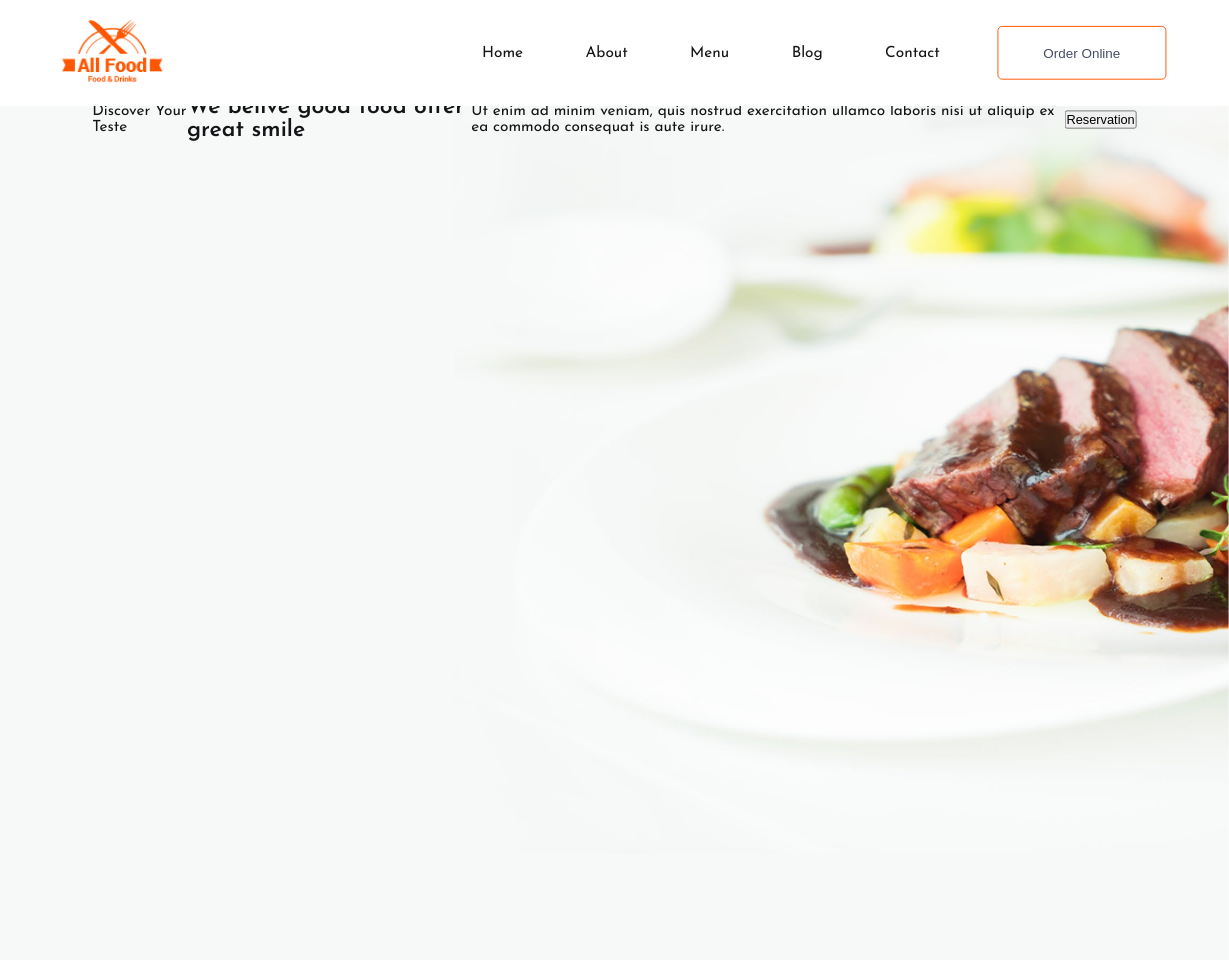
Repository: Ebtehal18/food
Page: index.html
An editor plug-in stored every save of this project. The page is shown before and after the next save, followed by the edit.
The browser window is 1280 px wide. The pictures show the whole page, at 96% of full size.

Above is the page before, as saved 2024-01-16 20:26:41.

After the next save:
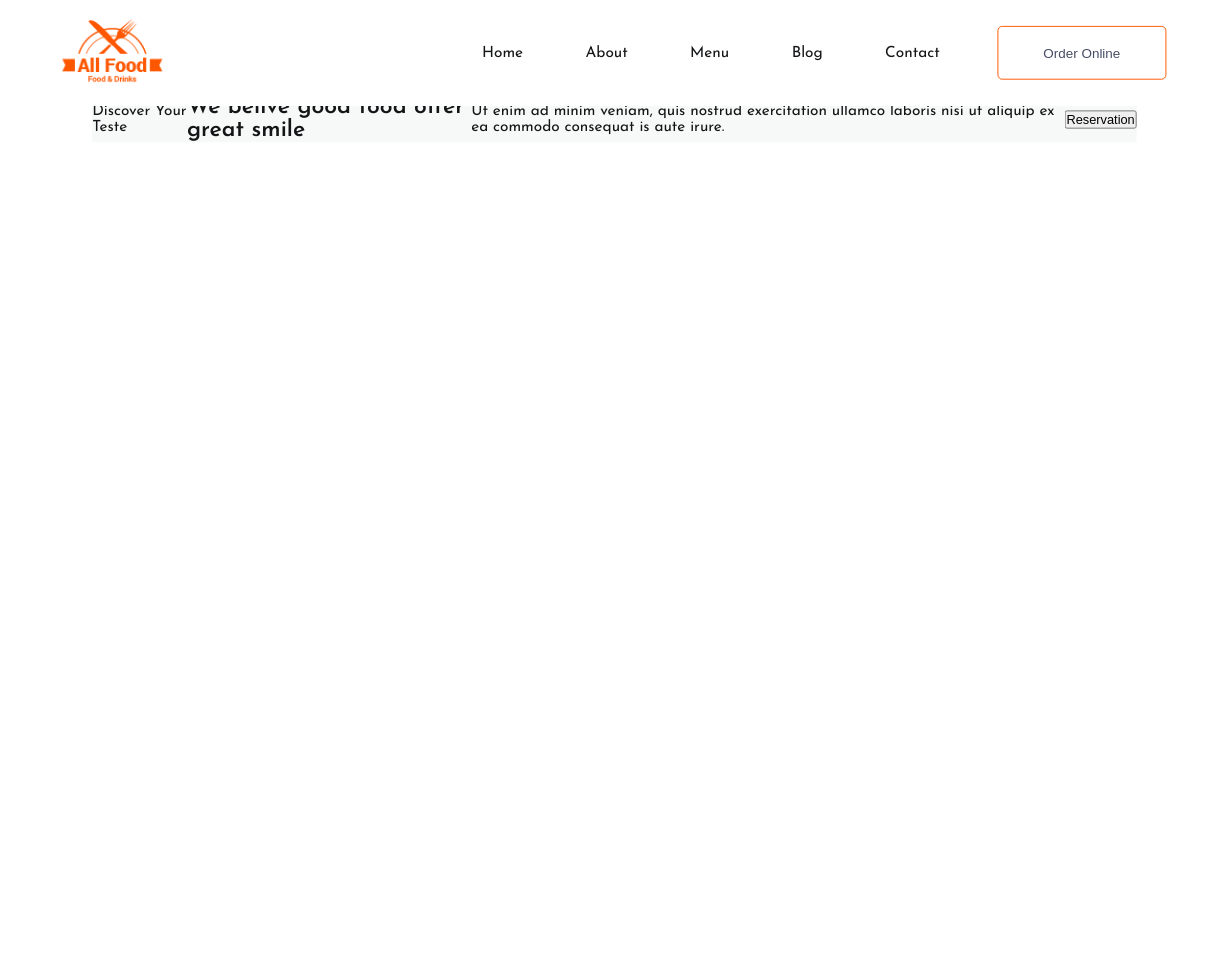
Saved 46 s later.
--- a/asessets/css/style.css
+++ b/asessets/css/style.css
@@ -150,7 +150,7 @@ body {
 /* ===============
        hero
  ================= */
-.hero {
+.hero .row {
   padding: 100px 0 0;
   width: 100%;
   height: 100%;
